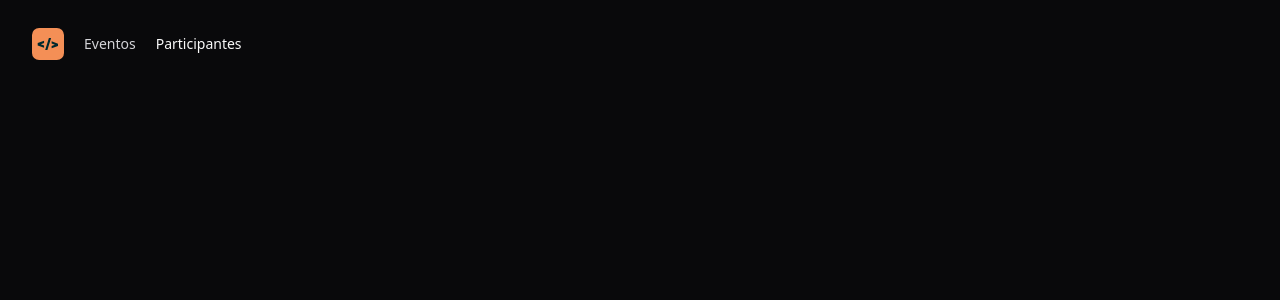
Repository: guilhermecardoso93/nlw-unite-react-2024
Page: /
These files come from the project's save history. The page is drawn as it stood at one moment and after the next save; the edit follows.
The browser window is 1280 px wide. The pictures show the whole page.
The project was rebuilt for these pictures with package versions that can differ from the ones it lists, and the page was loaded fresh each time. Also part of the build but not shown: vite.config.ts.

Above is the page before, as saved 2024-04-01 21:11:46.

After the next save:
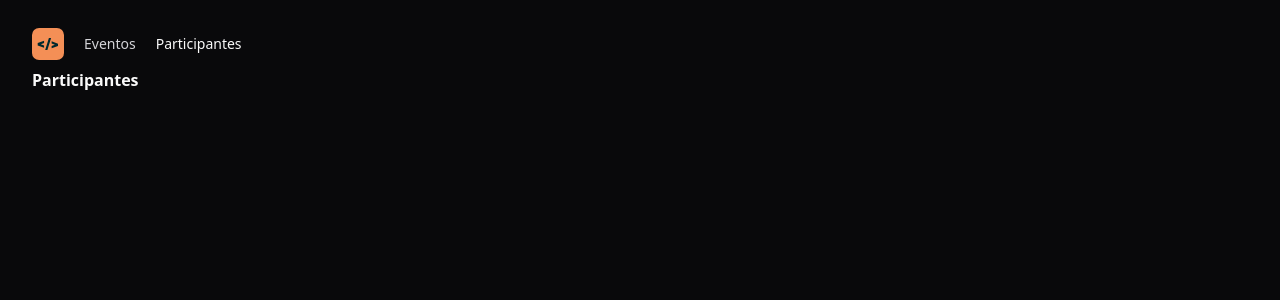
Saved 41 s later.
--- a/src/components/attendee-list.tsx
+++ b/src/components/attendee-list.tsx
@@ -1,6 +1,7 @@
 export function AttendeeList() {
   return(
-    <>
-    </>
+    <div>
+      <h1 className='font-2xl font-bold'>Participantes</h1>
+    </div>
   )
 }
